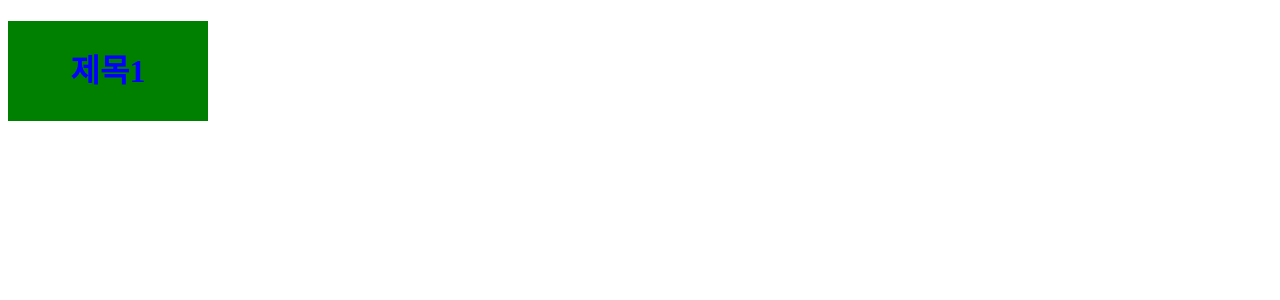
Repository: Kray273/JSLab
Page: css/src/main/webapp/Day97/boxmodel.html
The author's editor kept a copy of each file at every save. The page is drawn from the files as they stood at one save, then again after the next save.
The browser window is 1280 px wide. The pictures show the whole page.

Above is the page before, as saved 2022-11-25 06:43:42.

After the next save:
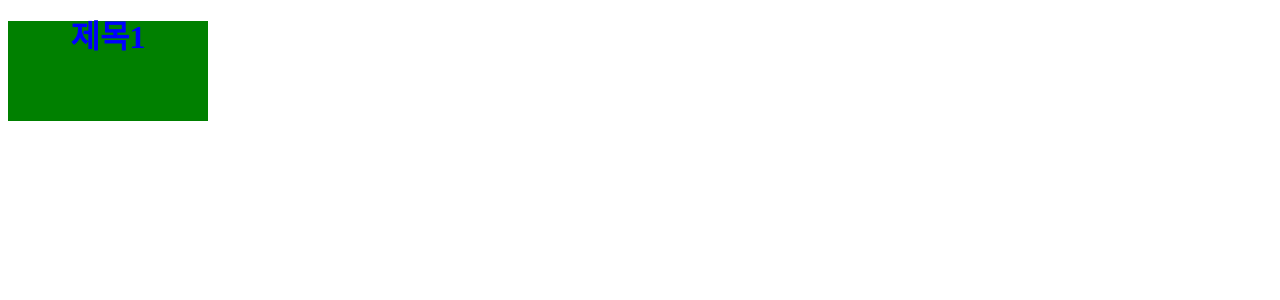
Saved 6 s later.
--- a/css/src/main/webapp/Day97/boxmodel.html
+++ b/css/src/main/webapp/Day97/boxmodel.html
@@ -10,7 +10,7 @@
 	 width: 200px;
 	 height: 100px;
 	 text-align: center;
-	 line-height: 100px;
+	 line-height: 100%;
 	}
 
 </style>

After the save that followed:
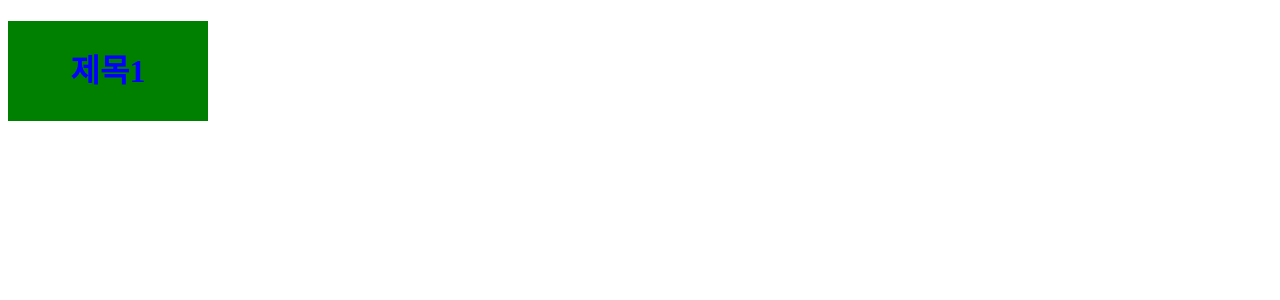
Saved 19 s later.
--- a/css/src/main/webapp/Day97/boxmodel.html
+++ b/css/src/main/webapp/Day97/boxmodel.html
@@ -10,7 +10,7 @@
 	 width: 200px;
 	 height: 100px;
 	 text-align: center;
-	 line-height: 100%;
+	 line-height: 100px;
 	}
 
 </style>
